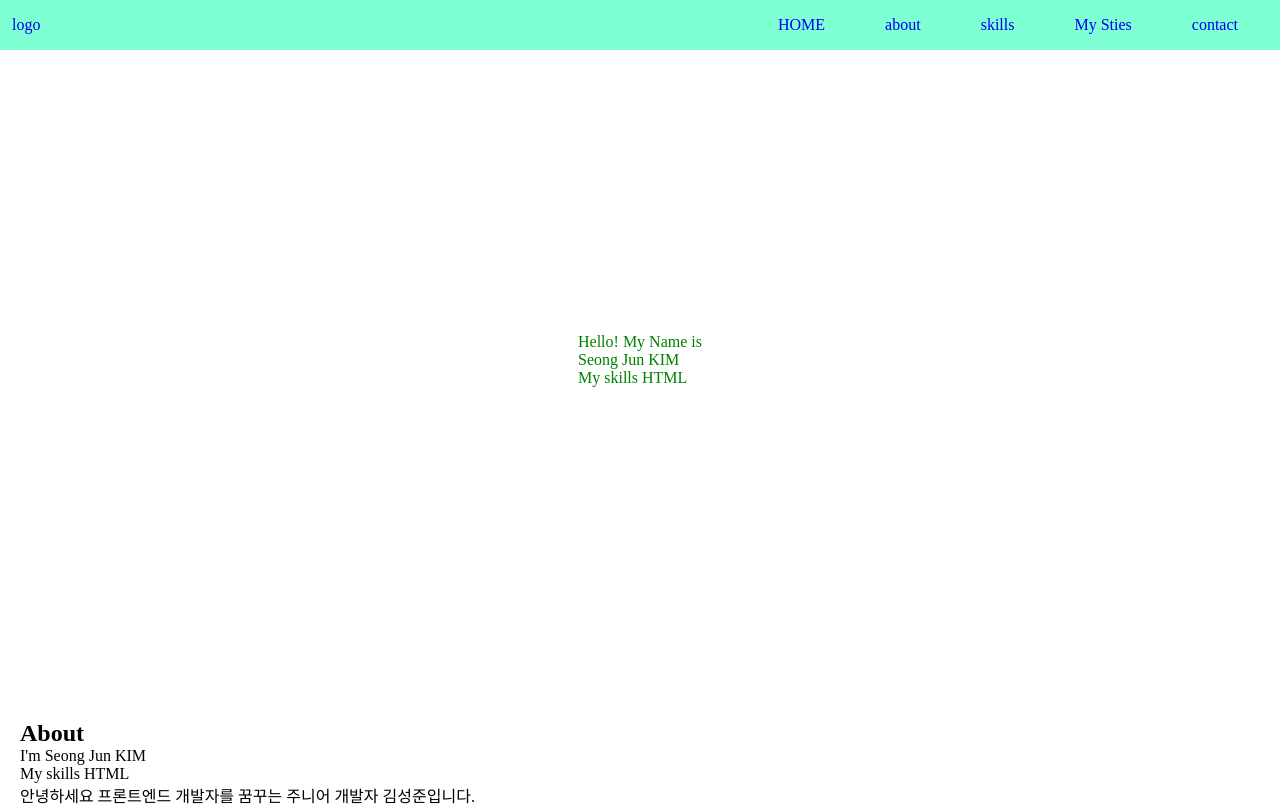
Repository: jun01270/jun
Page: index.html
The author's editor kept a copy of each file at every save. The page is drawn from the files as they stood at one save, then again after the next save.
The browser window is 1280 px wide. The pictures show the whole page.

Above is the page before, as saved 2023-05-09 12:07:27.

### index.html
<!DOCTYPE html>
<html lang="en">
  <head>
    <meta charset="UTF-8" />
    <meta http-equiv="X-UA-Compatible" content="IE=edge" />
    <meta name="viewport" content="width=device-width, initial-scale=1.0" />
    <link rel="stylesheet" href="./css/header.css" />
    <link rel="stylesheet" href="./css/home.css" />
    <title>Document</title>
  </head>
  <body>
    <nav class="navbar">
      <div class="logo"><a href="#home">logo</a></div>
      <ul class="menu-bar">
        <li><a href="#home" class="menu-btn" id="homeID">HOME</a></li>
        <li><a href="#about" class="menu-btn" id="homeID">about</a></li>
        <li><a href="#skills" class="menu-btn">skills</a></li>
        <li><a href="#my-sites" class="menu-btn">My Sties</a></li>
        <li><a href="#contact" class="menu-btn">contact</a></li>
      </ul>
    </nav>
    <section class="home" id="home">
      <div class="max-width">
        <div class="home-section">
          <div class="text-1">Hello! My Name is</div>
          <div class="text-1">Seong Jun KIM</div>
          <div class="text-1">My skills <span class="typing1">HTML</span></div>
        </div>
      </div>
    </section>

    <section class="about">
      <div class="max-width">
        <h2 class="title">About</h2>
        <div class="about-content">
          <div class="left-column"></div>
          <div class="right-column">
            <div class="about-text">I'm Seong Jun KIM</div>
            <div class="about-skills">
              My skills <span class="typing2">HTML</span>
            </div>
            <p>
              안녕하세요 프론트엔드 개발자를 꿈꾸는 주니어 개발자 김성준입니다.
            </p>
          </div>
        </div>
      </div>
    </section>

    <section class="skills"></section>

    <section class="my-sites"></section>

    <section class="contact"></section>
  </body>
</html>

### css/header.css
*{
    margin: 0;
    padding: 0;
    box-sizing: border-box;
    text-decoration: none;
}

html{
    scroll-behavior: smooth;
}

.home .about .skills .my-sites .contact{
    padding-top: 86px;
}

.max-width{
    max-width:1300px;
    padding: 0 20px;
    margin:auto;
}

.section{
    padding: 100px 0;
}


.navbar{
    display: flex;
    justify-content: space-between;
    align-items: center;
    background-color: aquamarine;
    padding: 8px 12px;
    position: fixed;
    width: 100%;
    z-index:999;
}

.menu-bar{
    list-style:none;
    display: flex;
    margin: 0;
    padding-left:0;
}

.menu-bar li{
    padding:8px 30px;
}

.menu-bar li:hover{
    background-color: orange;
    border-radius: 3px;
}

@media screen and (max-width: 700px){
    .navbar{
        flex-direction: column;
        align-items: flex-start;
        margin: 0;
    }

    .menu-bar{
        flex-direction: column;
        align-items: center;
        width: 100%;
    }

    .menu-bar li{
        width: 100%;
        text-align: center;
    }
}

### css/home.css
.home{
    display:flex;
    height: 100vh;
    min-height: 500px;
    color: green;
    background-image: "./img/background.png";
}

After the next save:
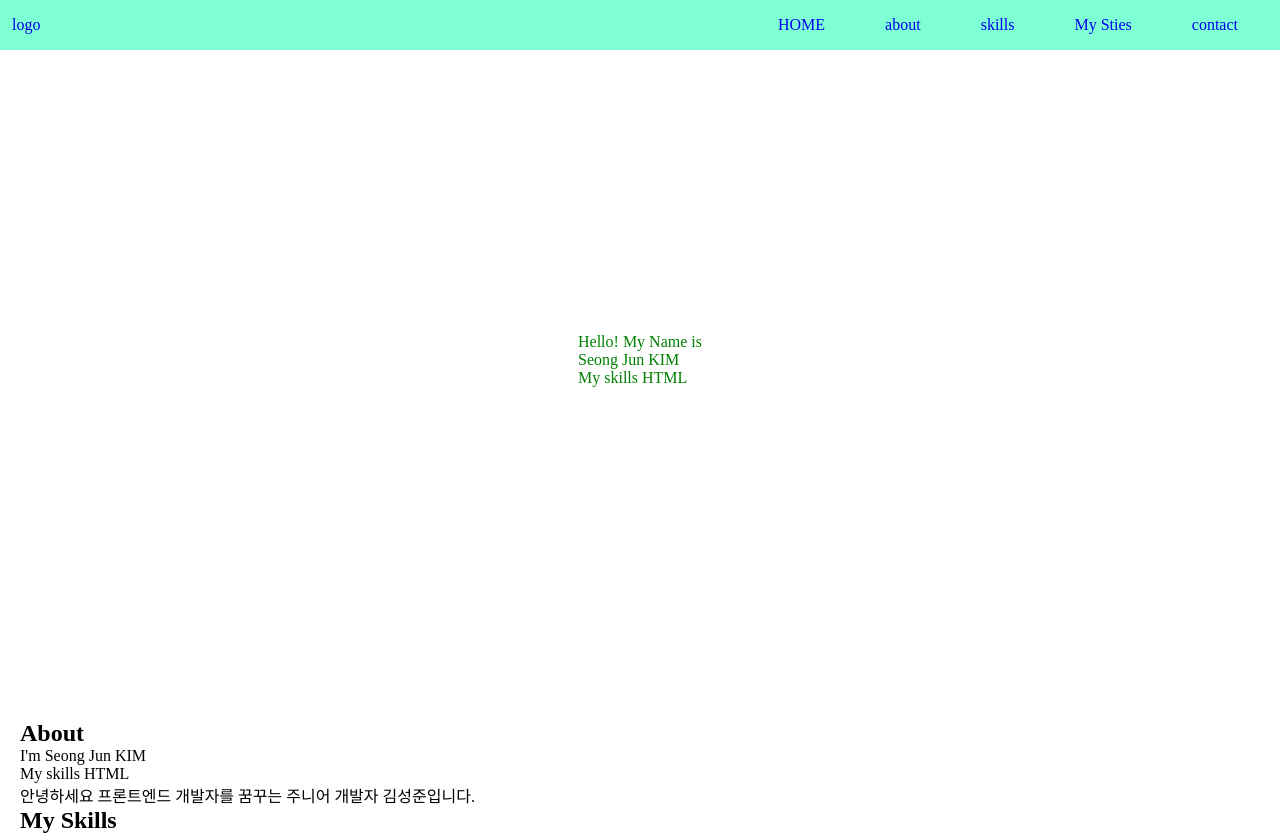
Saved 6 min 41 s later.
--- a/index.html
+++ b/index.html
@@ -47,7 +47,11 @@
       </div>
     </section>
 
-    <section class="skills"></section>
+    <section class="skills">
+      <div class="max-width">
+        <h2 class="title">My Skills</h2>
+      </div>
+    </section>
 
     <section class="my-sites"></section>
 
